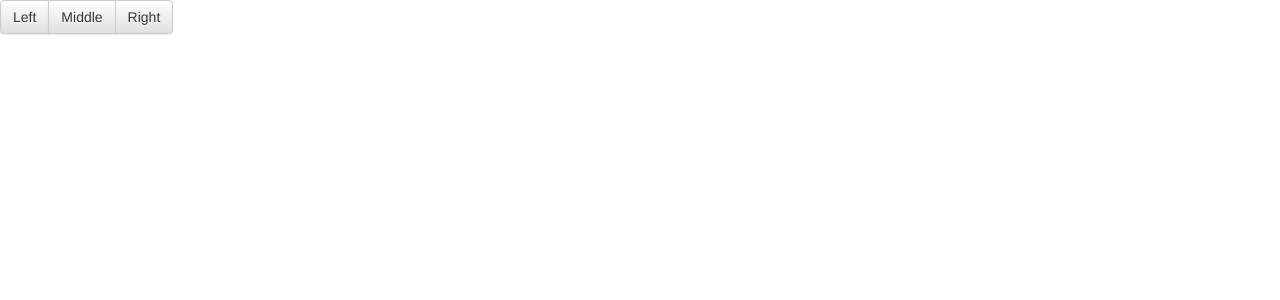
Repository: bmatusiak/bbb-usb-tool-nw
Page: index.html
The author's editor kept a record of every edit. The page is drawn from the files as they stood at one moment, then again after the next edit.
The browser window is 1280 px wide. The pictures show the whole page.

Above is the page before.
Console error: ReferenceError: global is not defined

After the next edit:
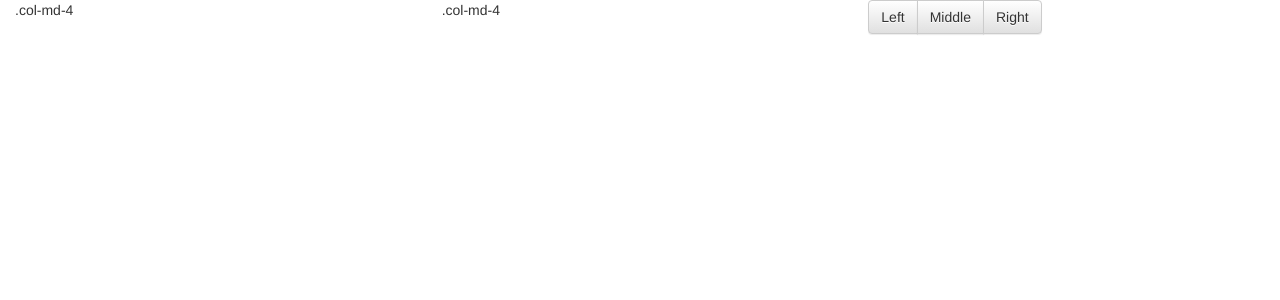
The edit:
--- a/index.html
+++ b/index.html
@@ -14,11 +14,15 @@
 
     <body style="height:100%;">
         <div class="container-fluid">
-        <div class="row" >
-            <div class="btn-group">
-              <button type="button" class="btn btn-default">Left</button>
-              <button type="button" class="btn btn-default">Middle</button>
-              <button type="button" class="btn btn-default">Right</button>
+            <div class="row" >
+                <div class="col-md-4">.col-md-4</div>
+                <div class="col-md-4">.col-md-4</div>
+                <div class="col-md-4">
+                <div class="btn-group">
+                  <button type="button" class="btn btn-default">Left</button>
+                  <button type="button" class="btn btn-default">Middle</button>
+                  <button type="button" class="btn btn-default">Right</button>
+                </div></div>
             </div>
         </div>
 
